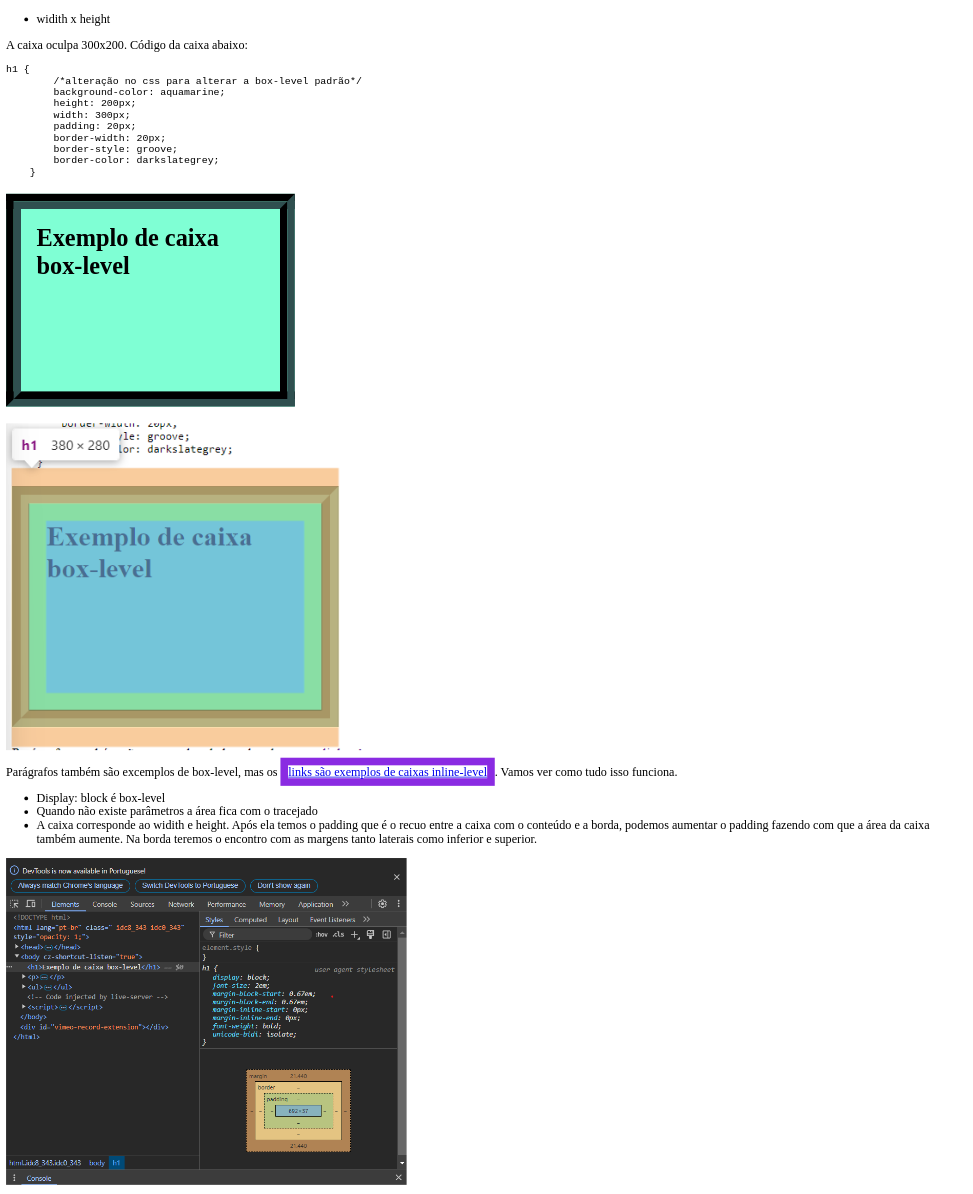
Repository: Willcmorais/vscode-workspace
Page: html-css/curso-em-video/modulo02/estudos/ex026-caixas/caixa01.html
An editor plug-in stored every save of this project. The page is shown before and after a run of saves, followed by the edit.
The browser window is 1280 px wide. The pictures show the whole page, at 76% of full size.

Above is the page before, as saved 2024-09-24 10:48:48.

After the next 4 saves:
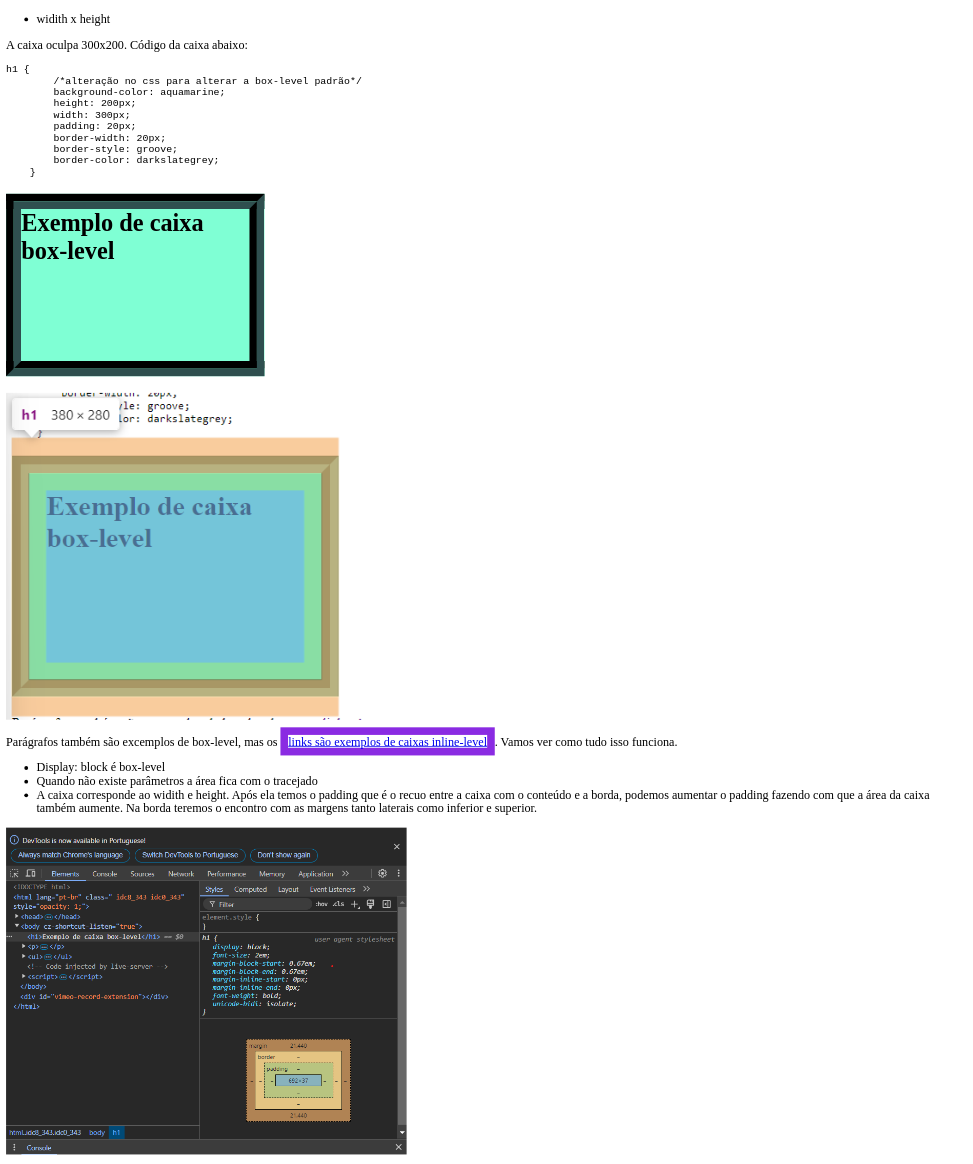
The 4 saves are shown as one change because they came seconds apart.
The last was saved 25 s later.
--- a/html-css/curso-em-video/modulo02/estudos/ex026-caixas/style.css
+++ b/html-css/curso-em-video/modulo02/estudos/ex026-caixas/style.css
@@ -5,12 +5,11 @@ h1 {
     background-color: aquamarine;
     height: 200px;
     width: 300px;
-    padding: 20px;
     padding-left: ;
     padding-top: ;
     padding-bottom: ;
     padding-right: ;
-    /**/
+    /*padding: 20px;*/
     border-width: 20px;
     border-style: groove;
     border-color: darkslategrey;
